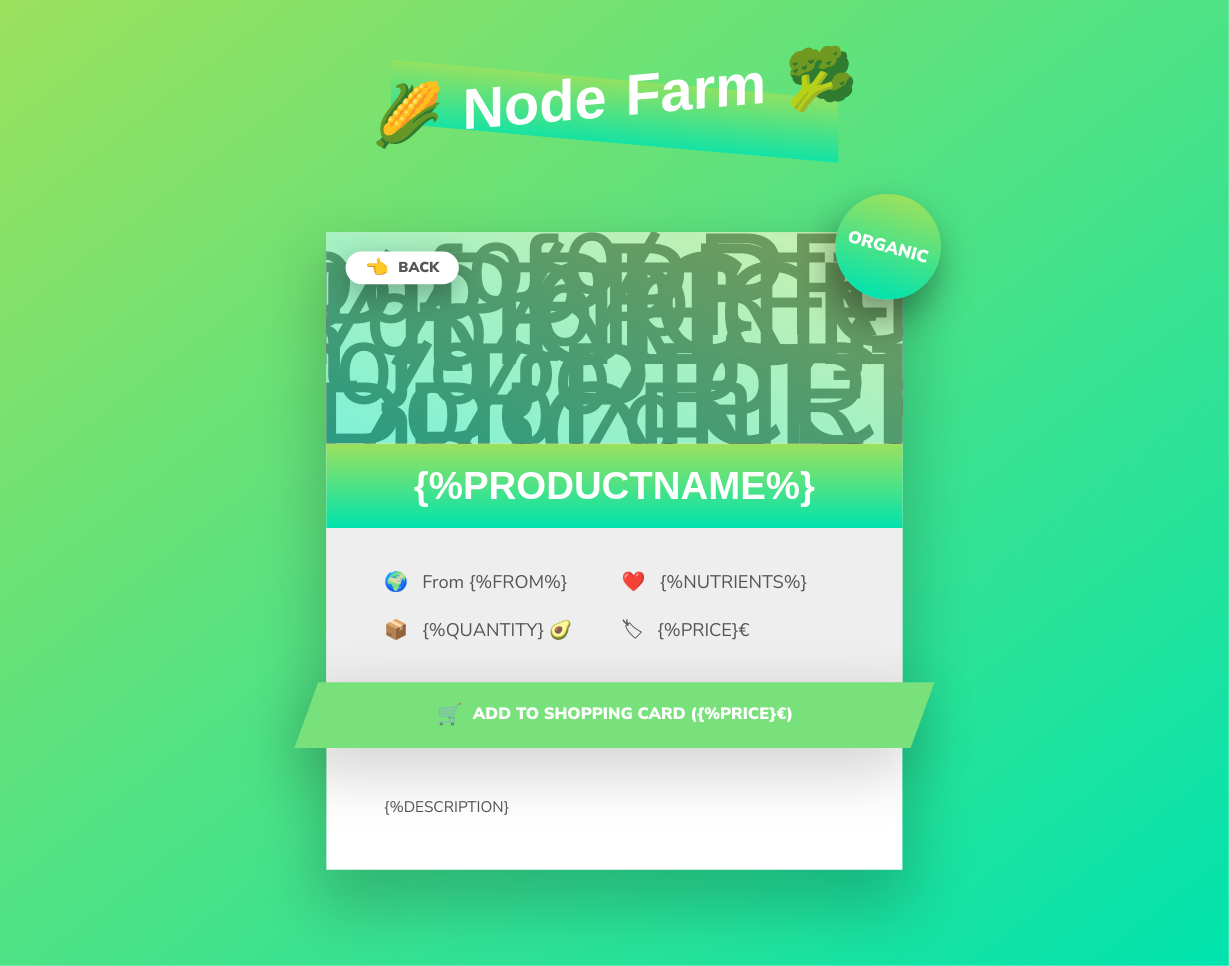
Repository: 13-Joban/Node_Farm_Backend
Page: templates/product.html
An editor plug-in stored every save of this project. The page is shown before and after a run of saves, followed by the edit.
The browser window is 1280 px wide. The pictures show the whole page, at 96% of full size.
Some web fonts or font styles are not loaded; a fallback is used.

Above is the page before, as saved 2022-07-16 17:32:48.

### templates/product.html
<!DOCTYPE html>
<html lang="en">
  <head>
    <meta charset="UTF-8" />
    <meta name="viewport" content="width=device-width, initial-scale=1.0" />
    <meta http-equiv="X-UA-Compatible" content="ie=edge" />

    <link
      href="https://fonts.googleapis.com/css?family=Megrim|Nunito+Sans:400,900"
      rel="stylesheet"
    />
    <link
      rel="icon"
      href="https://emojipedia-us.s3.dualstack.us-west-1.amazonaws.com/thumbs/240/apple/155/ear-of-maize_1f33d.png"
    />

    <title>Fresh Avocados 🥑 /// NODE FARM</title>

    <style>
      *,
      *::before,
      *::after {
        margin: 0;
        padding: 0;
        box-sizing: inherit;
      }

      html {
        font-size: 62.5%;
        box-sizing: border-box;
      }

      body {
        padding: 5rem 5rem 10rem;
        line-height: 1.7;
        font-family: 'Nunito Sans', sans-serif;
        color: #555;
        min-height: 100vh;
        background: linear-gradient(to bottom right, #9be15d, #00e3ae);
      }

      h1 {
        font-family: 'Megrim', sans-serif;
        font-size: 6rem;
        color: white;
        transform: skewY(-5deg);
        text-align: center;
        position: relative;
        word-spacing: 3px;
      }

      h1::before {
        content: '';
        display: block;
        height: 65%;
        width: 49%;
        position: absolute;
        top: 105%;
        left: 50%;
        background: linear-gradient(to bottom, #9be15d, #00e3ae);
        opacity: 0.8;
        z-index: -1;
        transform: skewY(370deg) translate(-50%, -50%);
      }

      .container {
        width: 95rem;
        margin: 0 auto;
      }

      .product {
        width: 60rem;
        margin: 0 auto;
        margin-top: 9rem;
        background: white;
        box-shadow: 0 3rem 6rem 1rem rgba(0, 0, 0, 0.2);
        position: relative;
      }

      .product__hero {
        position: relative;
        height: 22rem;
        overflow: hidden;
      }

      .product__hero::before {
        content: '';
        display: block;
        height: 100%;
        width: 100%;
        position: absolute;
        top: 0;
        left: 0;
        background-image: linear-gradient(to left bottom, #9be15d, #00e3ae);
        opacity: 0.5;
        z-index: 100;
      }

      .product__emoji {
        font-size: 15rem;
        position: absolute;
      }

      .product__emoji--1 {
        top: -4rem;
        left: -2rem;
        z-index: 10;
      }

      .product__emoji--2 {
        top: -6rem;
        left: 9rem;
      }

      .product__emoji--3 {
        top: -4rem;
        right: 15rem;
      }

      .product__emoji--4 {
        top: -5rem;
        right: 2rem;
        z-index: 10;
      }

      .product__emoji--5 {
        bottom: -9rem;
        left: 18rem;
      }

      .product__emoji--6 {
        bottom: -8rem;
        left: 5rem;
      }

      .product__emoji--7 {
        bottom: -12rem;
        right: 14rem;
      }

      .product__emoji--8 {
        bottom: -8rem;
        right: -2rem;
      }

      .product__emoji--9 {
        top: -7rem;
        left: 19rem;
      }

      .product__organic {
        position: absolute;
        top: -4rem;
        right: -4rem;
        z-index: 1000;
        height: 11rem;
        width: 11rem;
        background-image: linear-gradient(to bottom, #9be15d, #00e3ae);
        border-radius: 50%;
        transform: rotate(15deg);
        box-shadow: 0 2rem 4rem rgba(0, 0, 0, 0.4);
        display: flex;
        align-items: center;
        justify-content: center;
      }

      .product__organic h5 {
        font-weight: 900;
        text-transform: uppercase;
        font-size: 1.8rem;
        color: white;
      }

      .product__back:link,
      .product__back:visited {
        position: absolute;
        top: 2rem;
        left: 2rem;
        font-size: 1.5rem;
        font-weight: 700;
        text-transform: uppercase;
        text-decoration: none;
        z-index: 1000;
        color: #555;
        background-color: white;
        box-shadow: 0 1rem 3rem rgba(0, 0, 0, 0.3);
        border-radius: 100rem;
        padding: 0 2rem;
        transition: all 0.3s;
        display: flex;
        align-items: center;
      }

      .product__back:hover,
      .product__back:active {
        background-color: #79e17b;
      }

      .product__name {
        background: linear-gradient(to bottom, #9be15d, #00e3ae);
        padding: 1rem;
        font-family: 'Megrim', sans-serif;
        font-size: 4rem;
        color: white;
        text-align: center;
        word-spacing: 2px;
      }

      .product__details {
        background-color: #eee;
        padding: 4rem 6rem;
        font-size: 1.9rem;
        display: grid;
        grid-template-columns: 1fr 1fr;
        grid-gap: 1.5rem;
      }

      .product__description {
        padding: 5rem 6rem;
        font-size: 1.6rem;
        line-height: 1.8;
      }

      .product__link:link,
      .product__link:visited {
        display: block;
        background-color: #79e17b;
        color: white;
        font-size: 1.6rem;
        font-weight: 700;
        text-transform: uppercase;
        text-decoration: none;
        padding: 1.5rem;
        text-align: center;
        transform: scale(1.07) skewX(-20deg);
        box-shadow: 0 2rem 6rem rgba(0, 0, 0, 0.2);
        display: flex;
        align-items: center;
        justify-content: center;
        transition: all 0.3s;
      }

      .product__link:hover,
      .product__link:active {
        background-color: #9be15d;
        transform: scale(1.1) skewX(-20deg);
      }

      .product__link span {
        transform: skewX(20deg);
      }

      .emoji-left {
        font-size: 2rem;
        margin-right: 1rem;
      }

      .emoji-right {
        font-size: 2rem;
        margin-left: 1rem;
      }

      .not-organic {
        display: none;
      }
    </style>
  </head>

  <body>
    <div class="container">
      <h1>🌽 Node Farm 🥦</h1>

      <figure class="product">
        <div class="product__organic"><h5>Organic</h5></div>
        <a href="#" class="product__back">
          <span class="emoji-left">👈</span>Back
        </a>
        <div class="product__hero">
          <span class="product__emoji product__emoji--1">{%PRICE}</span>
          <span class="product__emoji product__emoji--2">{%PRICE}</span>
          <span class="product__emoji product__emoji--3">{%PRICE}</span>
          <span class="product__emoji product__emoji--4">{%PRICE}</span>
          <span class="product__emoji product__emoji--5">{%PRICE}</span>
          <span class="product__emoji product__emoji--6">{%PRICE}</span>
          <span class="product__emoji product__emoji--7">{%PRICE}</span>
          <span class="product__emoji product__emoji--8">{%PRICE}</span>
          <span class="product__emoji product__emoji--9">{%PRICE}</span>
        </div>
        <h2 class="product__name">{%PRODUCTNAME%}</h2>
        <div class="product__details">
          <p><span class="emoji-left">🌍</span> From {%FROM%}</p>
          <p><span class="emoji-left">❤️</span> {%NUTRIENTS%}</p>
          <p><span class="emoji-left">📦</span> {%QUANTITY} 🥑</p>
          <p><span class="emoji-left">🏷</span> {%PRICE}€</p>
        </div>

        <a href="#" class="product__link">
          <span class="emoji-left">🛒</span>
          <span>Add to shopping card ({%PRICE}€)</span>
        </a>

        <p class="product__description">
          {%DESCRIPTION}
        </p>
      </figure>

    </div>
  </body>
</html>

After the next 2 saves:
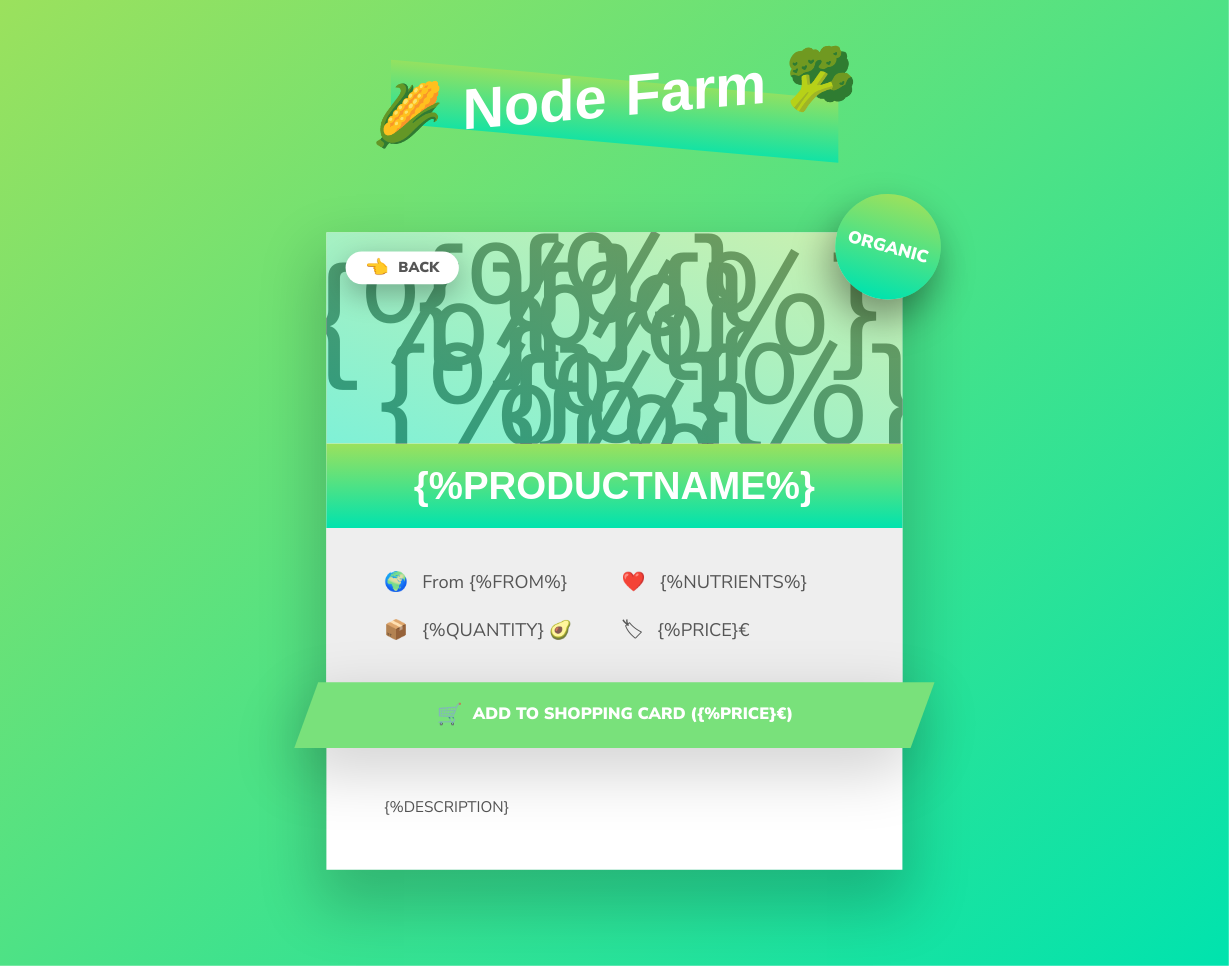
The 2 saves are shown as one change because they came seconds apart.
The last was saved 37 s later.
--- a/templates/product.html
+++ b/templates/product.html
@@ -276,15 +276,15 @@
           <span class="emoji-left">👈</span>Back
         </a>
         <div class="product__hero">
-          <span class="product__emoji product__emoji--1">{%PRICE}</span>
-          <span class="product__emoji product__emoji--2">{%PRICE}</span>
-          <span class="product__emoji product__emoji--3">{%PRICE}</span>
-          <span class="product__emoji product__emoji--4">{%PRICE}</span>
-          <span class="product__emoji product__emoji--5">{%PRICE}</span>
-          <span class="product__emoji product__emoji--6">{%PRICE}</span>
-          <span class="product__emoji product__emoji--7">{%PRICE}</span>
-          <span class="product__emoji product__emoji--8">{%PRICE}</span>
-          <span class="product__emoji product__emoji--9">{%PRICE}</span>
+          <span class="product__emoji product__emoji--1">{%}</span>
+          <span class="product__emoji product__emoji--2">{%}</span>
+          <span class="product__emoji product__emoji--3">{%}</span>
+          <span class="product__emoji product__emoji--4">{%}</span>
+          <span class="product__emoji product__emoji--5">{%}</span>
+          <span class="product__emoji product__emoji--6">{%}</span>
+          <span class="product__emoji product__emoji--7">{%}</span>
+          <span class="product__emoji product__emoji--8">{%}</span>
+          <span class="product__emoji product__emoji--9">{%}</span>
         </div>
         <h2 class="product__name">{%PRODUCTNAME%}</h2>
         <div class="product__details">
